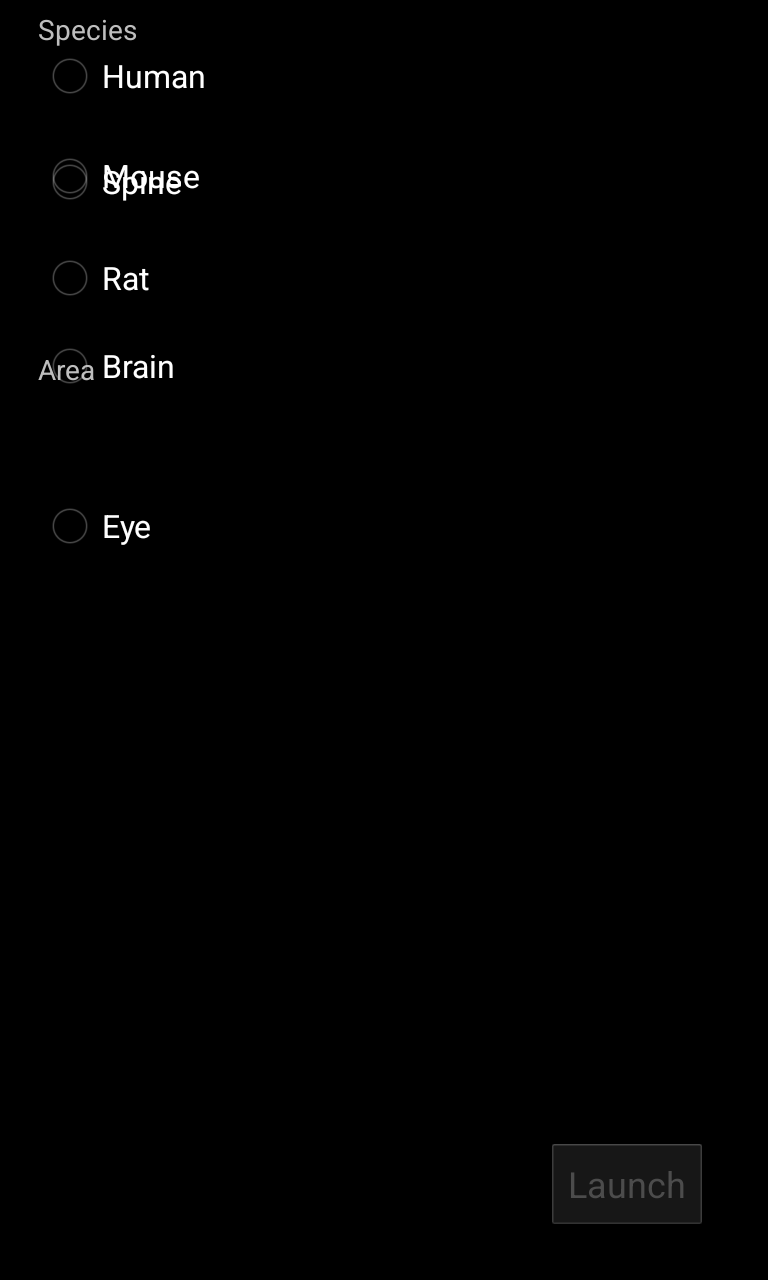
Repository: Ekarg/CSCE315Project3
Layout: Project3/res/layout/activity_main.xml
An editor plug-in stored every save of this project. The layout is shown before and after the next save, followed by the edit.
It is drawn on a 768 x 1280 px phone screen (xhdpi) without system bars, with theme android:Theme.Holo; the app's code is not run.

Above is the layout before, as saved 2013-11-27 20:01:43.

### Project3/res/layout/activity_main.xml
<RelativeLayout xmlns:android="http://schemas.android.com/apk/res/android"
    xmlns:tools="http://schemas.android.com/tools"
    android:layout_width="match_parent"
    android:layout_height="match_parent"
    android:paddingBottom="5dp"
    android:paddingLeft="5dp"
    android:paddingRight="5dp"
    android:paddingTop="5dp"
    tools:context=".MainActivity" >

    <Button
        android:id="@+id/button1"
        android:layout_width="wrap_content"
        android:layout_height="wrap_content"
        android:layout_alignParentBottom="true"
        android:layout_alignParentRight="true"
        android:layout_marginBottom="19dp"
        android:layout_marginRight="24dp"
        android:enabled = "false"
		android:onClick="launch"
        android:text="@string/Button" />

    <TextView
        android:id="@+id/textView1"
        android:layout_width="wrap_content"
        android:layout_height="wrap_content"
        android:layout_marginLeft="14dp"
        android:layout_alignParentTop="true"
        android:text="@string/species" />

   <RadioGroup
        android:id="@+id/radioGroup1"
        android:layout_width="fill_parent"
        android:layout_height="wrap_content"
        android:layout_alignParentTop="true"
        android:layout_centerHorizontal="true"
        android:orientation="vertical" >

        <RadioButton
            android:id="@+id/radioButton1"
            android:layout_width="wrap_content"
            android:layout_height="wrap_content"
            android:layout_marginLeft="14dp"
            android:checked = "false"
            android:layout_marginTop="17dp"
            android:text="@string/human"
            android:onClick="onRadioButtonClicked"/>

        <RadioButton
            android:id="@+id/radioButton2"
            android:layout_width="wrap_content"
            android:layout_height="wrap_content"
            android:layout_marginLeft="14dp"
            android:checked = "false"
            android:layout_marginTop="18dp"
            android:text="@string/mouse"
            android:onClick="onRadioButtonClicked"/>

        <RadioButton
            android:id="@+id/radioButton3"
            android:layout_width="wrap_content"
            android:layout_height="wrap_content"
            android:layout_marginLeft="14dp"
            android:checked = "false"
            android:layout_marginTop="19dp"
            android:text="@string/rat"
            android:onClick="onRadioButtonClicked"/>
    </RadioGroup>

    <TextView
        android:id="@+id/textView2"
        android:layout_width="wrap_content"
        android:layout_height="wrap_content"
        android:layout_alignLeft="@+id/textView1"
        android:layout_below="@+id/radioGroup1"
        android:layout_marginTop="20dp"
        android:text="@string/area"
        android:onClick="onRadioButtonClicked" />

     <RadioGroup
        android:id="@+id/radioGroup2"
        android:layout_width="fill_parent"
        android:layout_height="wrap_content"
        android:checked = "false"
        android:layout_alignParentTop="true"
        android:layout_centerHorizontal="true"
        android:orientation="vertical" >

	    <RadioButton
	        android:id="@+id/radioButton4"
	        android:layout_width="wrap_content"
	        android:layout_height="wrap_content"
	        android:checked = "false"
	        android:layout_marginLeft="14dp"
	        android:layout_marginTop="70dp"
	        android:text="@string/spine"
	        android:onClick="onRadioButtonClicked"/>

	    <RadioButton
	        android:id="@+id/radioButton5"
	        android:layout_width="wrap_content"
	        android:layout_height="wrap_content"
	        android:layout_marginLeft="14dp"
	        android:layout_marginTop="60dp"
	        android:checked="false"
	        android:onClick="onRadioButtonClicked"
	        android:text="@string/brain" />

	     <RadioButton
         android:id="@+id/radioButton6"
         android:layout_width="wrap_content"
         android:layout_height="wrap_content"
         android:checked = "false"
         android:layout_marginLeft="14dp"
         android:layout_marginTop="48dp"
         android:text="@string/eye"
         android:onClick="onRadioButtonClicked" />
	</RadioGroup>



</RelativeLayout>

### Project3/res/values/strings.xml
<?xml version="1.0" encoding="utf-8"?>
<resources>

    <string name="app_name">Show Me the.... Neuron!</string>
    <string name="action_settings">Settings</string>
    <string name="hello_world">Hello world!</string>
    <string name="Button">Launch</string>
    <string name="title_activity_second">Neuron Display</string>
    <string name="species">Species</string>
    <string name="human">Human</string>
    <string name="mouse">Mouse</string>
    <string name="rat">Rat</string>
    <string name="area">Area</string>
    <string name="eye">Eye</string>
    <string name="brain">Brain</string>
    <string name="spine">Spine</string>


</resources>

After the next save:
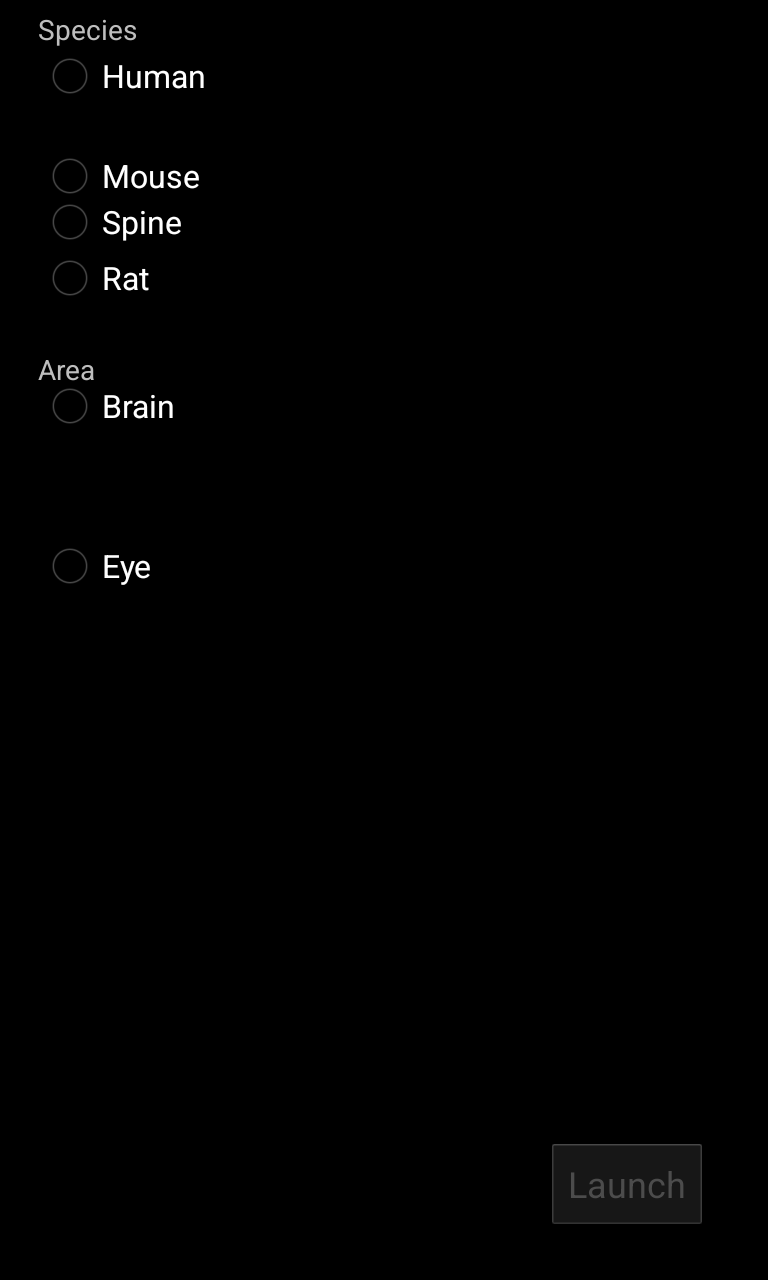
Saved 9 s later.
--- a/Project3/res/layout/activity_main.xml
+++ b/Project3/res/layout/activity_main.xml
@@ -92,7 +92,7 @@
 	        android:layout_height="wrap_content"
 	        android:checked = "false"
 	        android:layout_marginLeft="14dp"
-	        android:layout_marginTop="70dp"
+	        android:layout_marginTop="90dp"
 	        android:text="@string/spine"
 	        android:onClick="onRadioButtonClicked"/>
 
